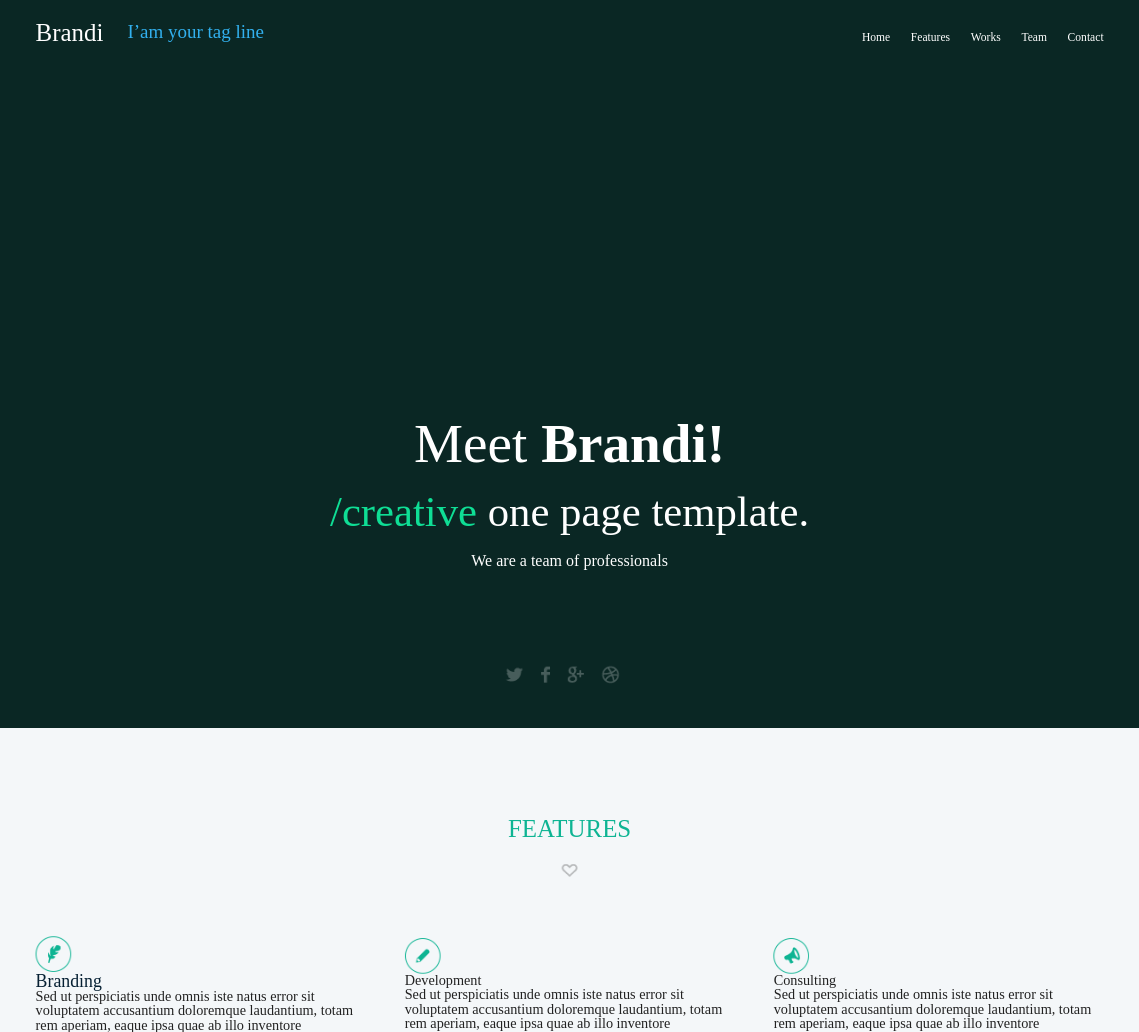
Repository: iravakilova/Brandi
Page: app/index.html
The author's editor kept a copy of each file at every save. The page is drawn from the files as they stood at one save, then again after the next save.
The browser window is 1280 px wide. The pictures show the whole page, at 89% of full size.

Above is the page before, as saved 2020-02-14 22:31:28.

After the next save:
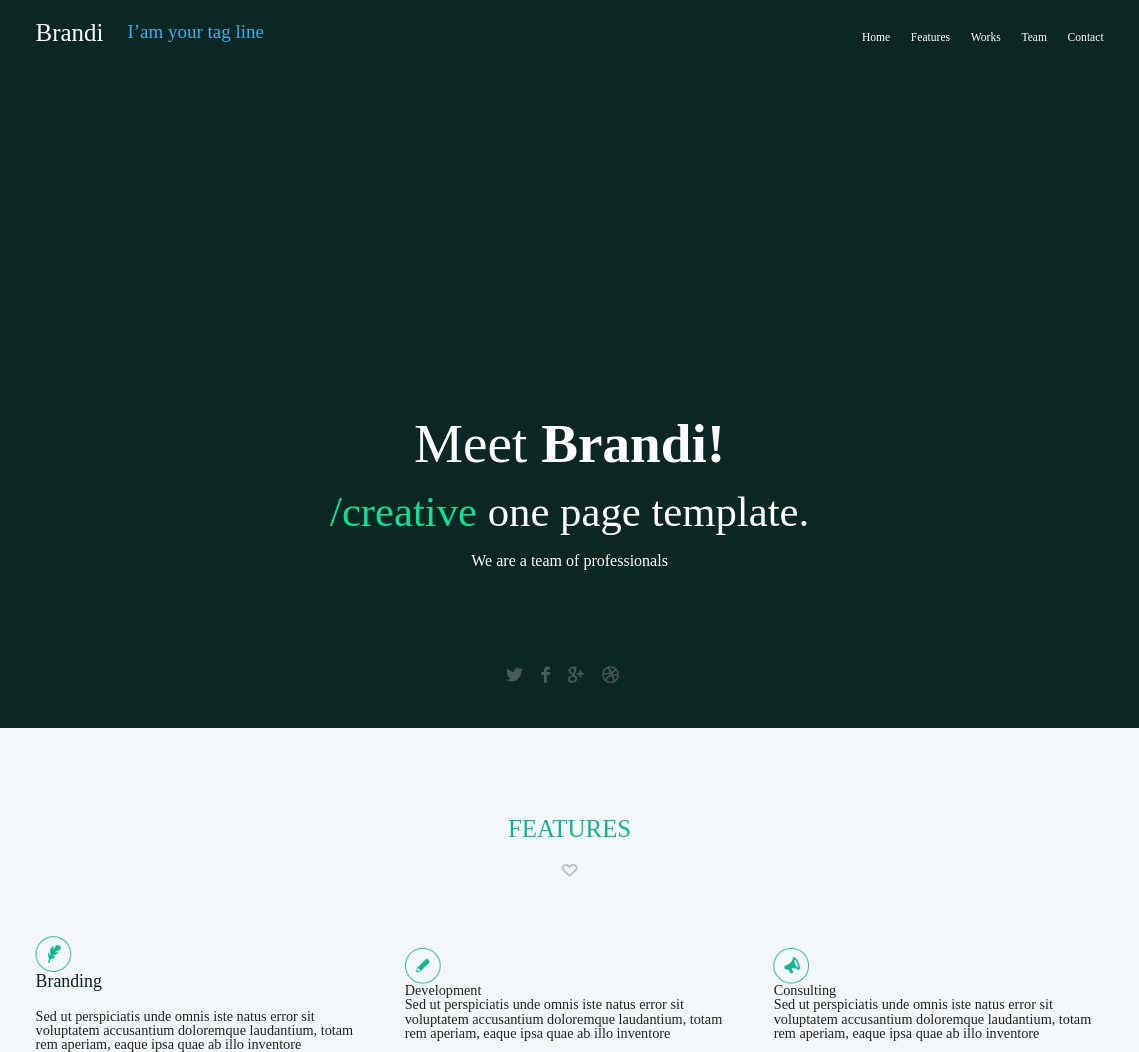
Saved 29 s later.
--- a/app/style.css
+++ b/app/style.css
@@ -116,4 +116,5 @@
     font-family: "OpenSans-Semibold", "AdobeInvisFont", "MyriadPro-Regular";
     font-size: 20px;
     color: rgba(6, 32, 51, 255);
+    padding-bottom: 22px;
 }
